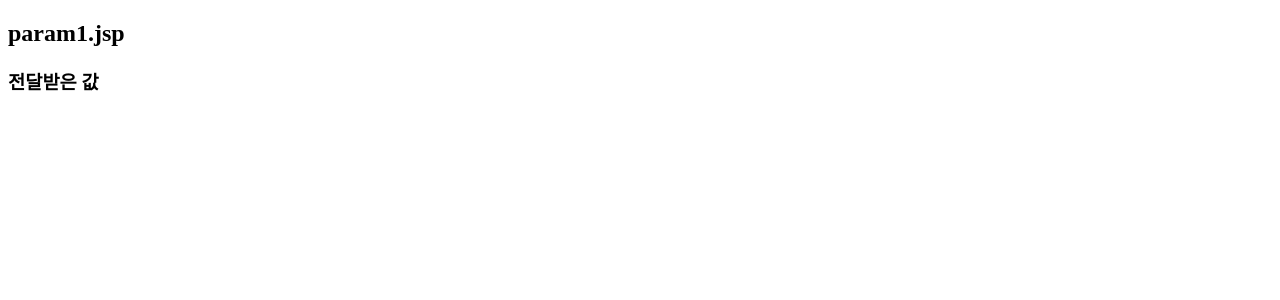
Repository: guguping/finalTestStudy
Page: http://localhost/project_20230727/param1.jsp
An editor plug-in stored every save of this project. The page is shown before and after the next save, followed by the edit.
The browser window is 1280 px wide. The pictures show the whole page.
The page is served by Tomcat 9.

Above is the page before, as saved 2023-07-27 01:55:08.

After the next save:
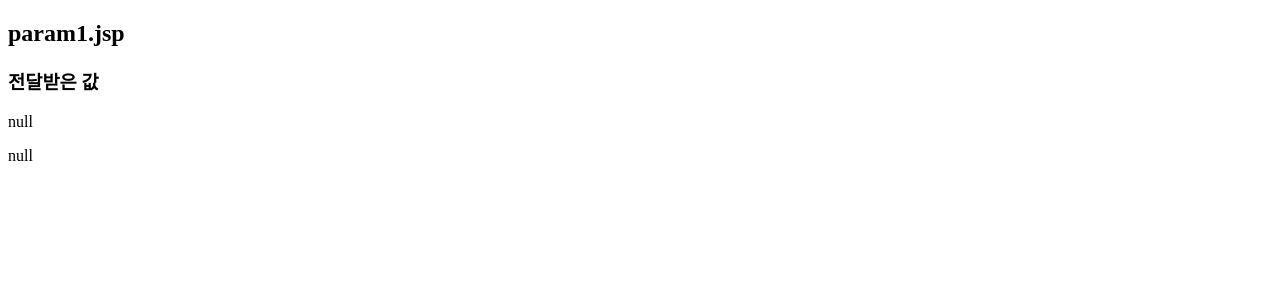
Saved 24 s later.
--- a/project_20230727/src/main/webapp/param1.jsp
+++ b/project_20230727/src/main/webapp/param1.jsp
@@ -20,6 +20,9 @@
 
 	<!-- 스크립틀릿에서 선언한 자바변수값 출력 -->
 	<h3>전달받은 값</h3>
+	<p><%=p1 %></p>
+	<p><%=p2 %></p>
+
 
 </body>
 </html>
